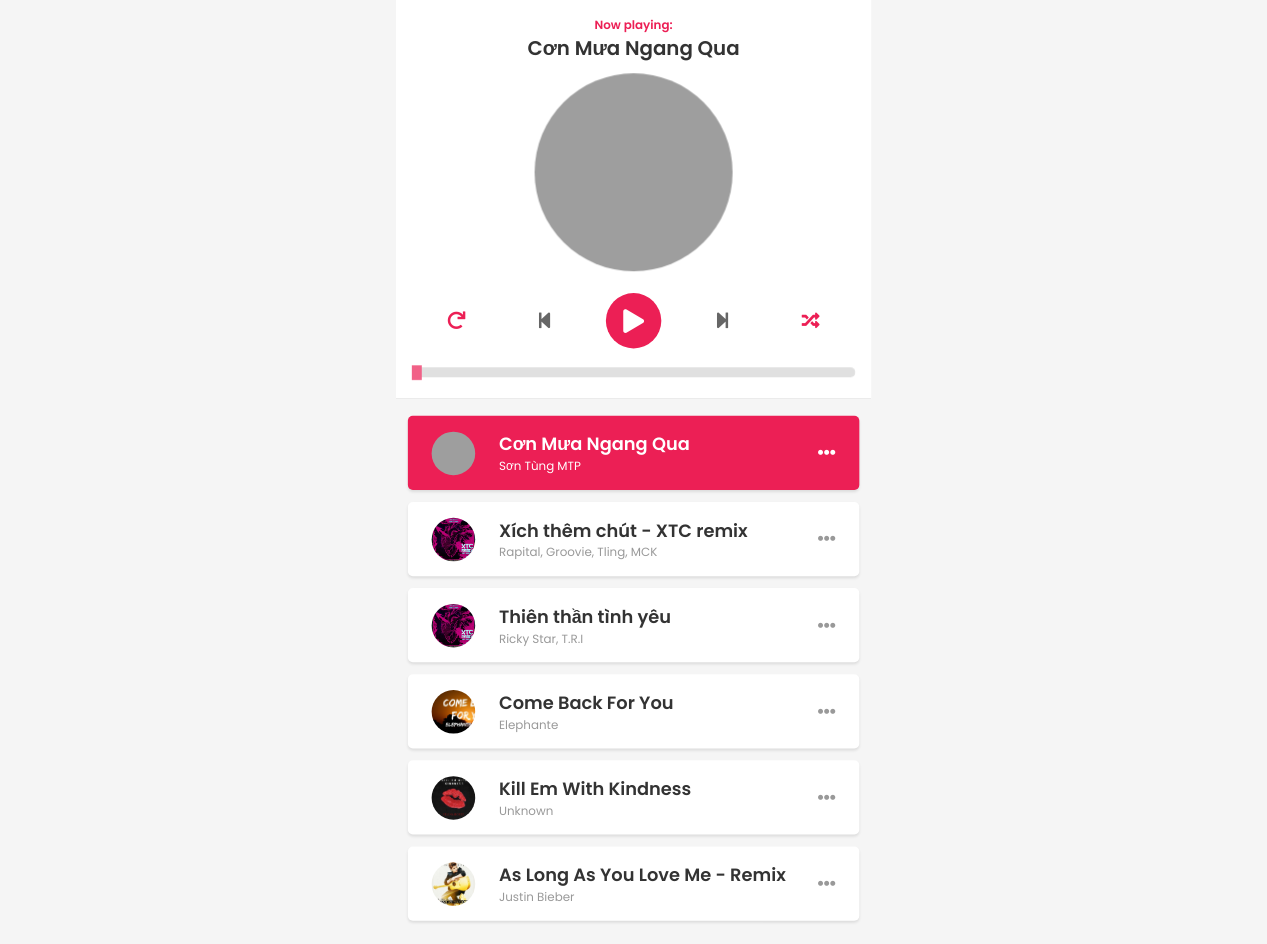
Repository: vandat598/musicPlayer
Page: index.html
These files come from the project's save history. The page is drawn as it stood at one moment and after the next save; the edit follows.
The browser window is 1280 px wide. The pictures show the whole page, at 99% of full size.
Pictures or frames that could not be fetched are drawn as grey boxes.

Above is the page before, as saved 2022-06-23 17:19:22.

### index.html
<!DOCTYPE html>
<html lang="en">
    <head>
        <meta charset="UTF-8" />
        <meta name="viewport" content="width=device-width, initial-scale=1.0" />
        <title>Music player</title>
        <link
            rel="stylesheet"
            href="https://cdnjs.cloudflare.com/ajax/libs/font-awesome/5.15.2/css/all.min.css"
            integrity="sha512-HK5fgLBL+xu6dm/Ii3z4xhlSUyZgTT9tuc/hSrtw6uzJOvgRr2a9jyxxT1ely+B+xFAmJKVSTbpM/CuL7qxO8w=="
            crossorigin="anonymous"
        />
        <link rel="preconnect" href="https://fonts.gstatic.com" />
        <link
            href="https://fonts.googleapis.com/css2?family=Poppins:wght@300;400;600&display=swap"
            rel="stylesheet"
        />
        <link rel="stylesheet" href="./assets/css/style.css" />
    </head>
    <body>
        <div class="player">
            <!-- Dashboard -->
            <div class="dashboard">
                <!-- Header -->
                <header>
                    <h4>Now playing:</h4>
                    <h2>String 57th & 9th</h2>
                </header>

                <!-- CD -->
                <div class="cd">
                    <div
                        class="cd-thumb"
                        style="
                            background-image: url('https://i.ytimg.com/vi/jTLhQf5KJSc/maxresdefault.jpg');
                        "
                    ></div>
                </div>

                <!-- Control -->
                <div class="control">
                    <div class="btn btn-repeat">
                        <i class="fas fa-redo"></i>
                    </div>
                    <div class="btn btn-prev">
                        <i class="fas fa-step-backward"></i>
                    </div>
                    <div class="btn btn-toggle-play">
                        <i class="fas fa-pause icon-pause"></i>
                        <i class="fas fa-play icon-play"></i>
                    </div>
                    <div class="btn btn-next">
                        <i class="fas fa-step-forward"></i>
                    </div>
                    <div class="btn btn-random">
                        <i class="fas fa-random"></i>
                    </div>
                </div>

                <input
                    id="progress"
                    class="progress"
                    type="range"
                    value="0"
                    step="1"
                    min="0"
                    max="100"
                />

                <audio id="audio" src=""></audio>
            </div>

            <!-- Playlist -->
            <div class="playlist">
                <div class="song">
                    <div
                        class="thumb"
                        style="
                            background-image: url('https://i.ytimg.com/vi/jTLhQf5KJSc/maxresdefault.jpg');
                        "
                    ></div>
                    <div class="body">
                        <h3 class="title">Music name</h3>
                        <p class="author">Singer</p>
                    </div>
                    <div class="option">
                        <i class="fas fa-ellipsis-h"></i>
                    </div>
                </div>
                <div class="song">
                    <div
                        class="thumb"
                        style="
                            background-image: url('https://i.ytimg.com/vi/jTLhQf5KJSc/maxresdefault.jpg');
                        "
                    ></div>
                    <div class="body">
                        <h3 class="title">Music name</h3>
                        <p class="author">Singer</p>
                    </div>
                    <div class="option">
                        <i class="fas fa-ellipsis-h"></i>
                    </div>
                </div>
                <div class="song">
                    <div
                        class="thumb"
                        style="
                            background-image: url('https://i.ytimg.com/vi/jTLhQf5KJSc/maxresdefault.jpg');
                        "
                    ></div>
                    <div class="body">
                        <h3 class="title">Music name</h3>
                        <p class="author">Singer</p>
                    </div>
                    <div class="option">
                        <i class="fas fa-ellipsis-h"></i>
                    </div>
                </div>
            </div>
        </div>

        <script src="./main.js"></script>
    </body>
</html>

### assets/css/style.css
:root {
  --primary-color: #ec1f55;
  --text-color: #333;
}

* {
  padding: 0;
  margin: 0;
  box-sizing: inherit;
}

body {
  background-color: #f5f5f5;
}

html {
  box-sizing: border-box;
  font-family: 'Poppins', sans-serif;
}

.player {
  position: relative;
  max-width: 480px;
  margin: 0 auto;
}

.player .icon-pause {
  display: none;
}

.player.playing .icon-pause {
  display: inline-block;
}

.player.playing .icon-play {
  display: none;
}

.dashboard {
  padding: 16px 16px 14px;
  background-color: #fff;
  position: fixed;
  top: 0;
  width: 100%;
  max-width: 480px;
  border-bottom: 1px solid #ebebeb;
}

/* HEADER */
header {
  text-align: center;
  margin-bottom: 10px;
}

header h4 {
  color: var(--primary-color);
  font-size: 12px;
}

header h2 {
  color: var(--text-color);
  font-size: 20px;
}

/* CD */
.cd {
  display: flex;
  margin: auto;
  width: 200px;
}

.cd-thumb {
  width: 100%;
  padding-top: 100%;
  border-radius: 50%;
  background-color: #333;
  background-size: cover;
  margin: auto;
}

/* CONTROL */
.control {
  display: flex;
  align-items: center;
  justify-content: space-around;
  padding: 18px 0 8px 0;
}

.control .btn {
  color: #666;
  padding: 18px;
  font-size: 18px;
  cursor: pointer;
}
/* .control .btn:hover {
  background-color: rgb(192, 188, 188);
  border-radius: 30%;
} */

.control .btn.active {
  color: var(--primary-color);
}

.control .btn-toggle-play {
  width: 56px;
  height: 56px;
  border-radius: 50%;
  font-size: 24px;
  color: #fff;
  display: flex;
  align-items: center;
  justify-content: center;
  background-color: var(--primary-color);
}

.progress {
  width: 100%;
  -webkit-appearance: none;
  height: 10px;
  background: #d3d3d3;
  outline: none;
  opacity: 0.7;
  -webkit-transition: 0.2s;
  transition: opacity 0.2s;
  border-radius: 30px;
}

.progress::-webkit-slider-thumb {
  -webkit-appearance: none;
  appearance: none;
  width: 10px;
  height: 15px;
  background-color: var(--primary-color);
  cursor: pointer;
}

/* PLAYLIST */
.playlist {
  margin-top: 408px;
  padding: 12px;
}

.song {
  display: flex;
  align-items: center;
  margin-bottom: 12px;
  background-color: #fff;
  padding: 8px 16px;
  border-radius: 5px;
  box-shadow: 0 2px 3px rgba(0, 0, 0, 0.1);
  cursor: pointer;
}

.song.active {
  background-color: var(--primary-color);
}

.song:active {
  opacity: 0.8;
}

.song.active .option,
.song.active .author,
.song.active .title {
  color: #fff;
}

.song .thumb {
  width: 44px;
  height: 44px;
  border-radius: 50%;
  background-size: cover;
  margin: 0 8px;
}

.song .body {
  flex: 1;
  padding: 0 16px;
}

.song .title {
  font-size: 18px;
  color: var(--text-color);
}

.song .author {
  font-size: 12px;
  color: #999;
}

.song .option {
  padding: 16px 8px;
  color: #999;
  font-size: 18px;
}

### main.js
/*
        done 1. Render songs
        done 2. Scroll top
        3. Play / pause / seek
        4. CD rotate
        5. Next / prev
        6. Random
        7. Next / repeat when ended
        8. Active song
        9. Scroll active song into view
        10. play song when click
      */

const $ = document.querySelector.bind(document);
const $$ = document.querySelectorAll.bind(document);

const PLAYER_STORAGE_KEY = 'f8-player';

const player = $('.player');
const cd = $('.cd');
const heading = $('header h2');
const cdThumb = $('.cd-thumb');
const audio = $('#audio');
const playBtn = $('.btn-toggle-play');
const progress = $('#progress');
const nextBtn = $('.btn-next');
const prevBtn = $('.btn-prev');
const randomBtn = $('.btn-random');
let played = [];
const repeatBtn = $('.btn-repeat');
const playList = $('.playlist');

const app = {
    currentIndex: 0,
    isPlaying: false,
    isRandom: false,
    isRepeat: false,
    config: JSON.parse(localStorage.getItem(PLAYER_STORAGE_KEY)) || {},
    songs: [
        {
            name: 'Cơn Mưa Ngang Qua',
            singer: 'Sơn Tùng MTP',
            path: './assets/music/ConMuaNgangQua SonTungMTP 2782444.mp3',
            image: './assets/img/MTP.png',
        },
        {
            name: 'Xích thêm chút - XTC remix',
            singer: 'Rapital, Groovie, Tling, MCK',
            path: './assets/music/ Xích Thêm Chút  XTC Remix.mp3',
            image: './assets/img/XTC.png',
        },
        {
            name: 'Thiên thần tình yêu',
            singer: 'Ricky Star, T.R.I',
            path: './assets/music/ Xích Thêm Chút  XTC Remix.mp3',
            image: './assets/img/XTC.png',
        },
        {
            name: 'Come Back For You',
            singer: 'Elephante',
            path: './assets/music/Elephante  Come Back For You feat Matluck.mp3',
            image: './assets/img/comBackForYou.png',
        },
        {
            name: 'Kill Em With Kindness',
            singer: 'Unknown',
            path: './assets/music/Kill Em With Kindness  Remix   Nhạc Tik Tok Gây Nghiện.mp3',
            image: './assets/img/KillEmWithKindness.png',
        },
        {
            name: 'As Long As You Love Me - Remix',
            singer: 'Justin Bieber',
            path: './assets/music/As Long As You Love Me  Justin Bieber.mp3',
            image: './assets/img/As_Long_As_You_Love_Me_(feat._Big_Sean)_-_Single.jpg',
        },
    ],
    setConfig(key, value) {
        this.config[key] = value;
        localStorage.setItem(PLAYER_STORAGE_KEY, JSON.stringify(this.config));
    },
    render() {
        const htmls = this.songs.map((song, index) => {
            return `
                <div class="song ${
                    index === this.currentIndex ? 'active' : ''
                }" data-index="${index}">
                  <div class="thumb" style="background-image: url('${
                      song.image
                  }')">
                  </div>
                  <div class="body">
                    <h3 class="title">${song.name}</h3>
                    <p class="author">${song.singer}</p>
                  </div>
                  <div class="option">
                    <i class="fa fa-ellipsis-h"></i>
                  </div>
                </div>
              `;
        });
        playList.innerHTML = htmls.join('');
    },
    defineProperties() {
        // Search google xem sytax defineProperty
        Object.defineProperty(this, 'currentSong', {
            get() {
                return this.songs[this.currentIndex];
            },
        });
    },
    handleEvent() {
        const _this = this;
        const cdWidth = cd.offsetWidth;

        // xử lý CD quay / dừng
        const cdThumbAnimate = cdThumb.animate(
            [{ transform: 'rotate(360deg)' }],
            {
                duration: 10000,
                iterations: Infinity,
            }
        );
        cdThumbAnimate.pause();

        // handle scroll
        document.onscroll = function () {
            const scrollTop =
                window.scrollY || document.documentElement.scrollTop;

            const newCdWidth = cdWidth - scrollTop;

            cd.style.width = newCdWidth > 0 ? newCdWidth + 'px' : 0;
            cd.style.opacity = newCdWidth / cdWidth;
        };

        // handle click play button

        playBtn.onclick = function () {
            if (_this.isPlaying) {
                audio.pause();
            } else {
                audio.play();
            }
        };

        // Khi song được play
        audio.onplay = function () {
            _this.isPlaying = true;
            player.classList.add('playing');
            cdThumbAnimate.play();
            _this.render();
            _this.scrollToActiveSong();
        };

        // Khi song pause
        audio.onpause = function () {
            _this.isPlaying = false;
            player.classList.remove('playing');
            cdThumbAnimate.pause();
        };

        // Khi tiến độ bài hát thay đổi
        audio.ontimeupdate = function () {
            if (audio.duration) {
                const progressPercent = Math.floor(
                    (audio.currentTime / audio.duration) * 100
                );
                progress.value = progressPercent;
            }
        };

        // Xử lý khi tua bài hát
        progress.oninput = function (e) {
            const seekTime = (audio.duration / 100) * e.target.value;
            audio.currentTime = seekTime;
        };

        // Next song
        nextBtn.onclick = function () {
            if (_this.isRandom) {
                _this.playRandomSong();
            } else {
                _this.nextSong();
            }
            audio.play();
        };
        // Prev song
        prevBtn.onclick = function () {
            if (_this.isRandom) {
                _this.playRandomSong();
            } else {
                _this.prevSong();
            }
            audio.play();
        };

        // Random button
        randomBtn.onclick = function () {
            _this.isRandom = !_this.isRandom;
            _this.setConfig('isRandom', _this.isRandom);
            // method toggle, khi đối số t2 là true thì sẽ add class, còn false thì remove class
            randomBtn.classList.toggle('active', _this.isRandom);
        };

        // Xử lý lặp lại song
        repeatBtn.onclick = function (e) {
            _this.isRepeat = !_this.isRepeat;
            _this.setConfig('isRepeat', _this.isRepeat);
            repeatBtn.classList.toggle('active', _this.isRepeat);
        };

        // Xử lý next song khi audio ended
        audio.onended = function () {
            if (_this.isRandom) {
                _this.playRandomSong();
            }
            if (_this.isRepeat) {
                audio.play();
            } else {
                nextBtn.click();
            }
        };

        // Lắng nghe event click vào playlist
        playList.onclick = function (e) {
            const songNode = e.target.closest('.song:not(.active)');
            const optionSong = e.target.closest('.option');
            if (optionSong) {
                console.log('second');
                console.log(e.target);
            } else if (songNode) {
                console.log('first');
                _this.currentIndex = Number(songNode.dataset.index);
                _this.loadCurrentSong();
                _this.render();
                audio.play();
            }
        };
    },
    scrollToActiveSong() {
        setTimeout(() => {
            if (this.currentIndex === (0 || 1 || 2)) {
                $('.song.active').scrollIntoView({
                    behavior: 'smooth',
                    block: 'center',
                });
            } else {
                $('.song.active').scrollIntoView({
                    behavior: 'smooth',
                    block: 'nearest',
                });
            }
        }, 300);
    },
    loadCurrentSong() {
        heading.textContent = this.currentSong.name;
        cdThumb.style.backgroundImage = `url('${this.currentSong.image}')`;
        audio.src = this.currentSong.path;
    },
    loadConfig() {
        this.isRandom = this.config.isRandom;
        this.isRepeat = this.config.isRepeat;
    },
    nextSong() {
        this.currentIndex++;
        if (this.currentIndex >= this.songs.length) {
            this.currentIndex = 0;
        }
        this.loadCurrentSong();
    },
    prevSong() {
        this.currentIndex--;
        if (this.currentIndex < 0) {
            this.currentIndex = this.songs.length - 1;
        }
        this.loadCurrentSong();
    },
    playRandomSong() {
        let newIndex;
        do {
            newIndex = Math.floor(Math.random() * this.songs.length);
            if (played.length === this.songs.length) {
                played = [];
            }
        } while (
            newIndex === this.currentIndex ||
            played.some(value => value === newIndex)
        );
        played.push(newIndex);
        this.currentIndex = newIndex;
        this.loadCurrentSong();
        console.log(played);
    },

    start() {
        // Gán cấu hình từ config localStorage vào project
        this.loadConfig();

        // Định nghĩa các thuộc tính cho object
        this.defineProperties();

        // xử lý các sự kiện
        this.handleEvent();

        // Tải info bài hát đầu tiên vào UI khi run app
        this.loadCurrentSong();

        // Render playlist
        this.render();

        randomBtn.classList.toggle('active', this.isRandom);
        repeatBtn.classList.toggle('active', this.isRepeat);
    },
};

app.start();

After the next save:
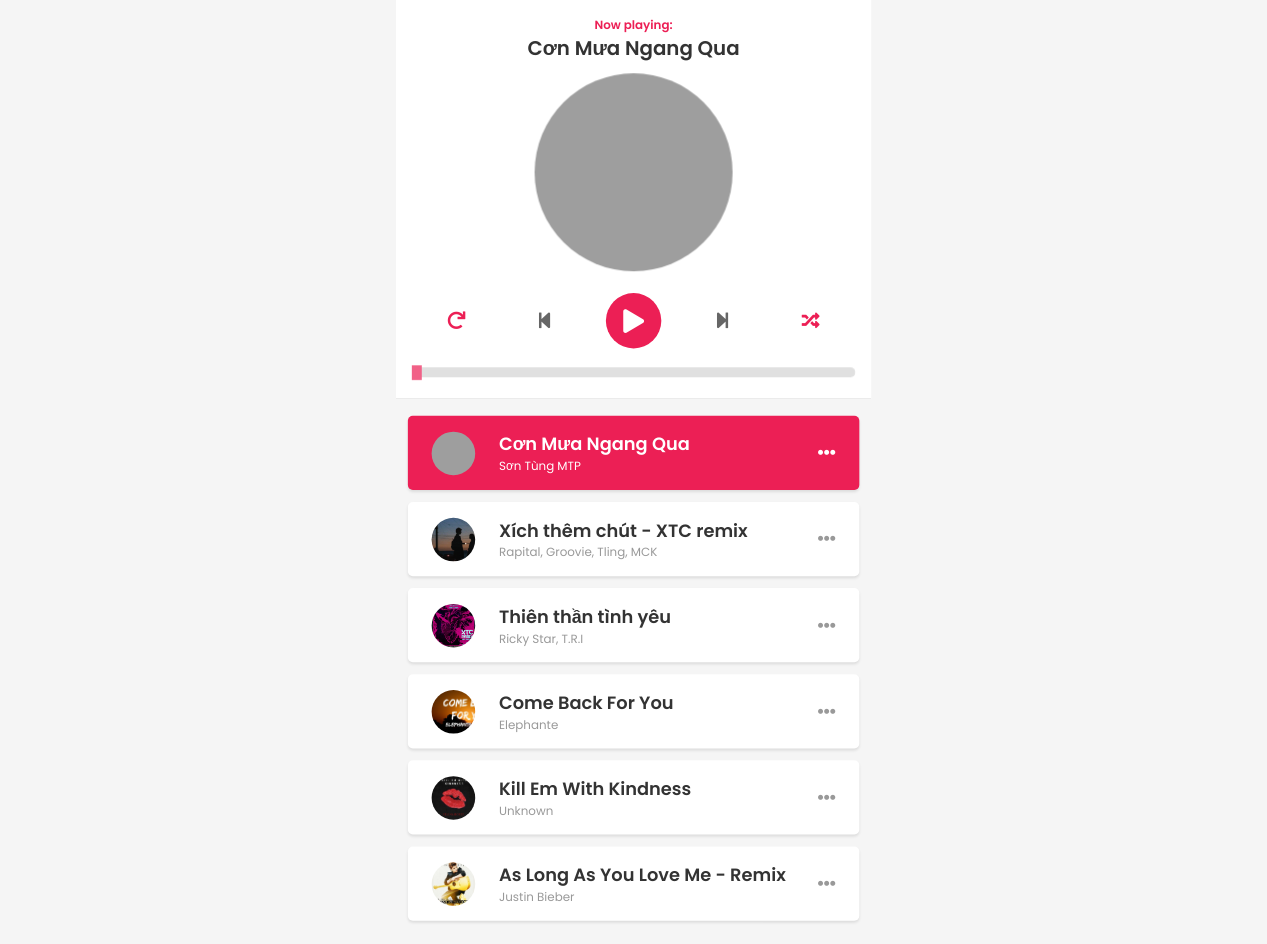
Saved 22 s later.
--- a/main.js
+++ b/main.js
@@ -47,7 +47,7 @@ const app = {
             name: 'Xích thêm chút - XTC remix',
             singer: 'Rapital, Groovie, Tling, MCK',
             path: './assets/music/ Xích Thêm Chút  XTC Remix.mp3',
-            image: './assets/img/XTC.png',
+            image: './assets/img/thienThanTinhYeu.png',
         },
         {
             name: 'Thiên thần tình yêu',
